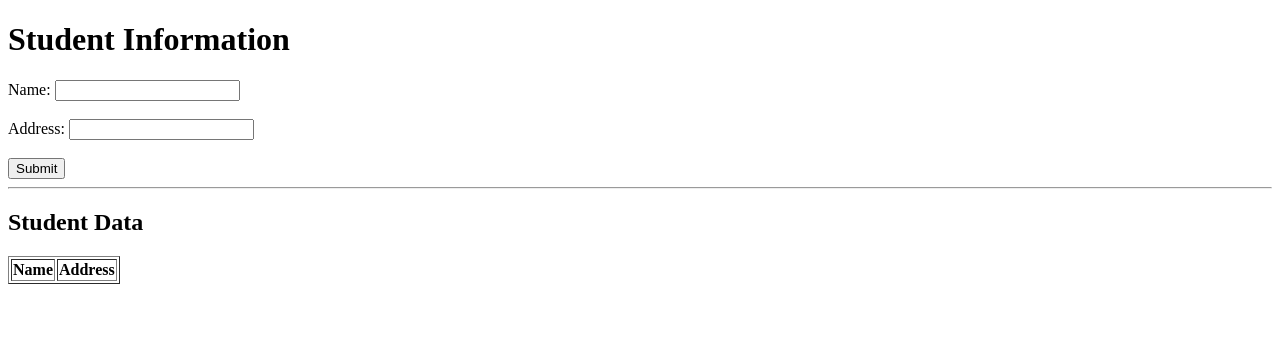
Repository: Rose-gitungo/LearningSpring
Page: Controller & RestController/Assessement07/src/main/resources/static/index.html
The author's editor kept a copy of each file at every save. The page is drawn from the files as they stood at one save, then again after the next save.
The browser window is 1280 px wide. The pictures show the whole page.

Above is the page before, as saved 2024-06-07 13:09:42.

After the next save:
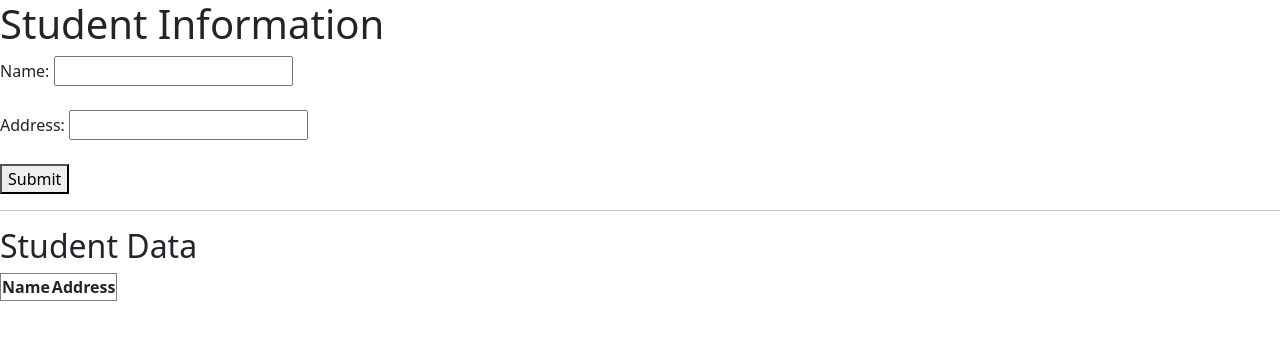
Saved 48 s later.
--- a/Controller & RestController/Assessement07/src/main/resources/static/index.html
+++ b/Controller & RestController/Assessement07/src/main/resources/static/index.html
@@ -33,5 +33,6 @@
             <!-- Data will be inserted here dynamically -->
         </tbody>
     </table>
+    <link rel="stylesheet" href="https://cdn.jsdelivr.net/npm/bootstrap@5.3.2/dist/css/bootstrap.min.css" integrity="sha384-T3c6CoIi6uLrA9TneNEoa7RxnatzjcDSCmG1MXxSR1GAsXEV/Dwwykc2MPK8M2HN" crossorigin="anonymous">
 </body>
 </html>
